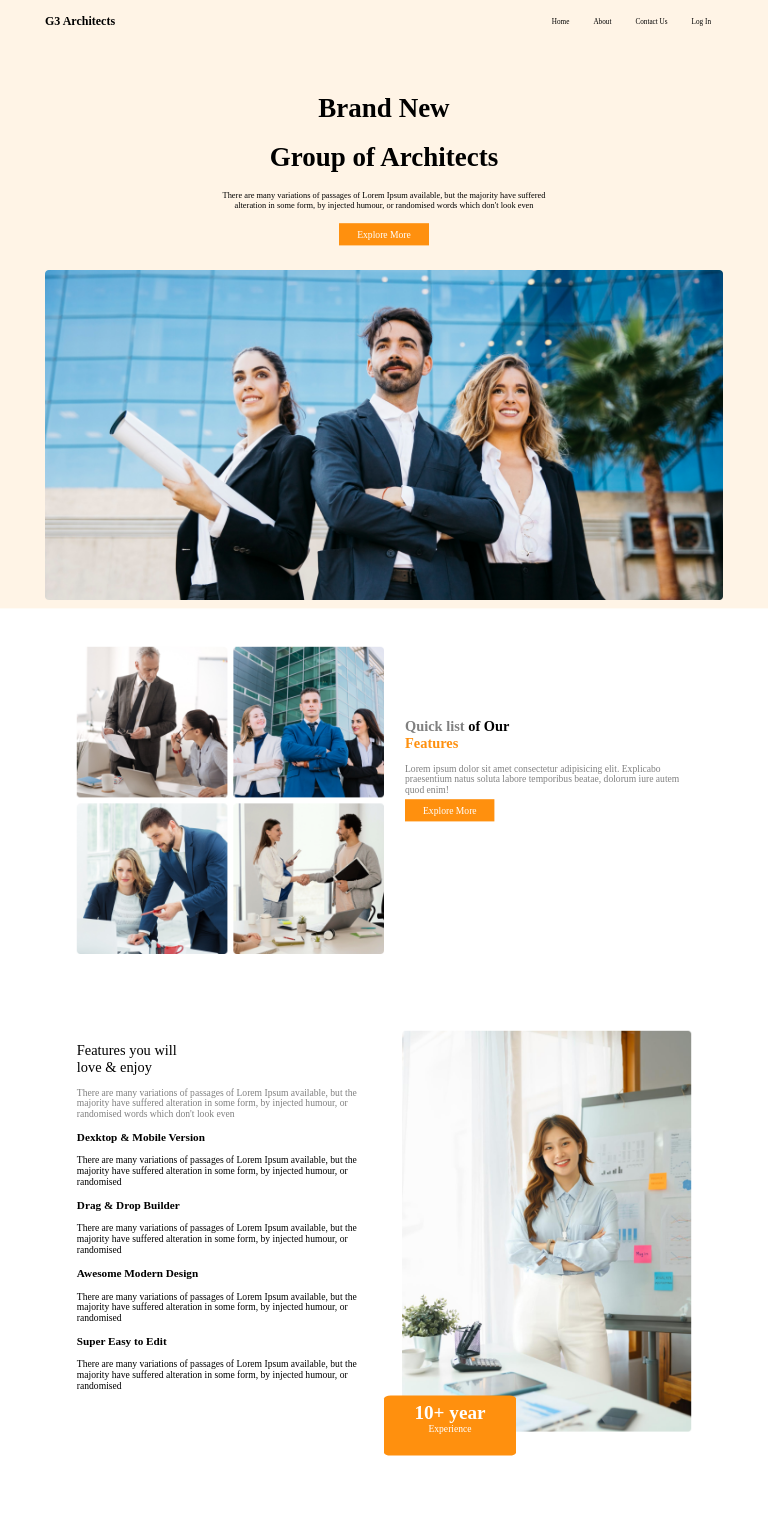
Repository: sadiaafsana138/Architect
Page: index.html
The author's editor kept a copy of each file at every save. The page is drawn from the files as they stood at one save, then again after the next save.
The browser window is 1280 px wide. The pictures show the whole page, at 60% of full size.

Above is the page before, as saved 2023-01-16 17:18:21.

After the next save:
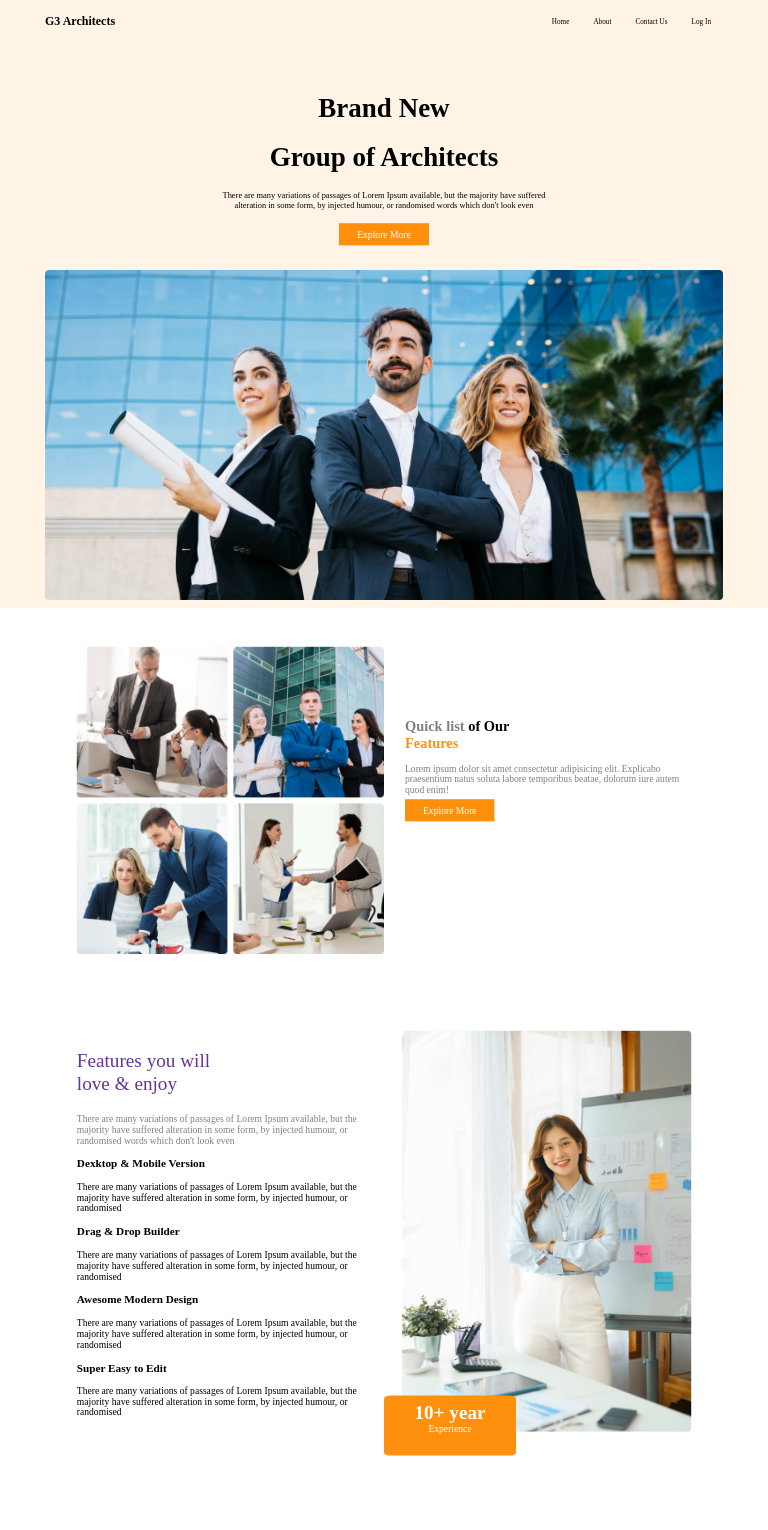
Saved 54 s later.
--- a/index.html
+++ b/index.html
@@ -74,8 +74,8 @@
   <!--section-3 Features you will love & enjoy-->
   <section class="section-2">
     <div class="sec3div1">
-      <h1>Features you will<br>
-        love & enjoy</h1>
+      <p id="sec3font">Features you will<br>
+        love & enjoy</p>
       <p class="sp1">
         There are many variations of passages of Lorem Ipsum available, but the majority have suffered alteration in
         some form, by injected humour, or randomised words which don't look even
--- a/style.css
+++ b/style.css
@@ -216,6 +216,7 @@
 #sec3font{
   font-weight:1000px;
   font-size: xx-large;
+  color: rebeccapurple;
 }
 @media only screen and (min-width: 688px) and (max-width: 992px) {
   .container {
